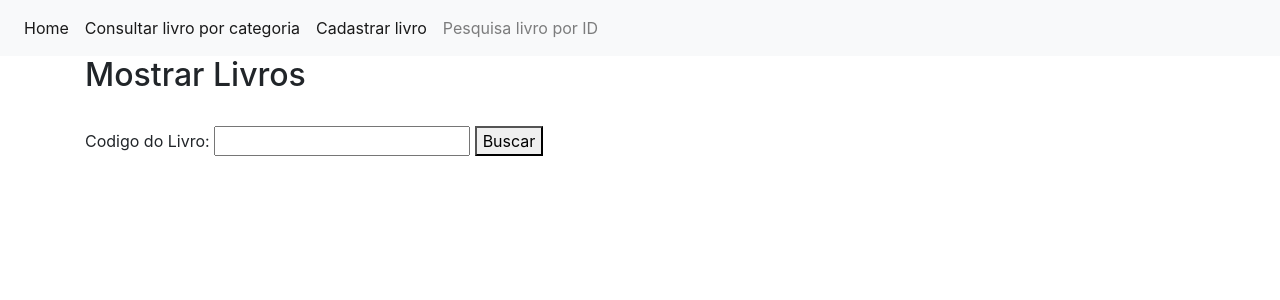
Repository: SrtaVerdant/projeto-livraria
Page: http://localhost/ProjetoLivraria/pesquisaLivroPorId.jsp
An editor plug-in stored every save of this project. The page is shown before and after the next save, followed by the edit.
The browser window is 1280 px wide. The pictures show the whole page.
Some web libraries are served in a nearby version. The page is served by Tomcat 9.

Above is the page before, as saved 2022-10-30 15:01:39.

After the next save:
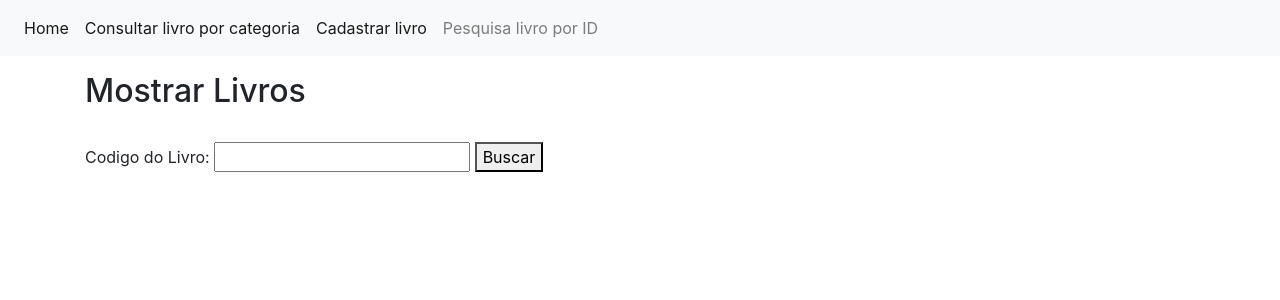
Saved 8 s later.
--- a/ProjetoLivraria/src/main/webapp/pesquisaLivroPorId.jsp
+++ b/ProjetoLivraria/src/main/webapp/pesquisaLivroPorId.jsp
@@ -31,7 +31,7 @@
 	  </div>
 	</nav>
 
-	<div class="container">
+	<div class="container mt-3">
 		<h2> Mostrar Livros</h2><br>
 
 		<label> Codigo do Livro:</label>
